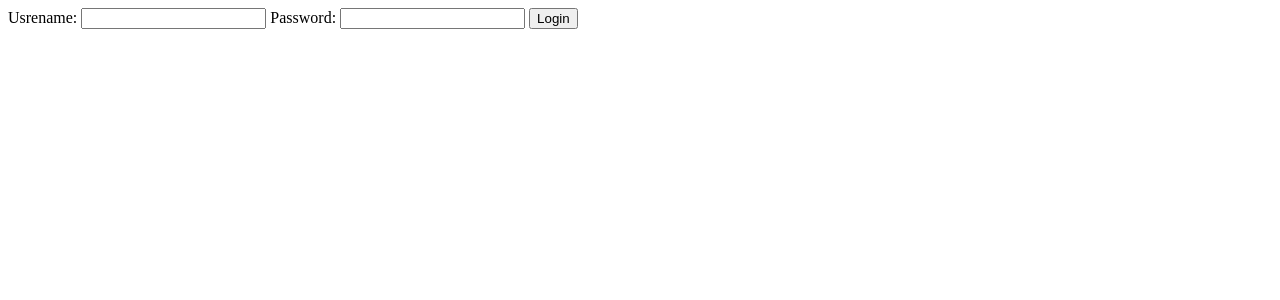
Repository: ThongThien/64132265_Web2
Page: Login/src/main/webapp/login.html
The author's editor kept a copy of each file at every save. The page is drawn from the files as they stood at one save, then again after the next save.
The browser window is 1280 px wide. The pictures show the whole page.

Above is the page before, as saved 2025-02-18 10:30:38.

### Login/src/main/webapp/login.html
<!DOCTYPE html>
<html>
<head>
<meta charset="UTF-8">
<title>Login</title>
</head>
<body>
	<form action="login.jsp" method="post">
	Usrename: <input type = "text" name = "username">
	Password: <input type = "text" name = "password">
	<input type="submit" value="Login">
	</form>
</body>
</html>

After the next save:
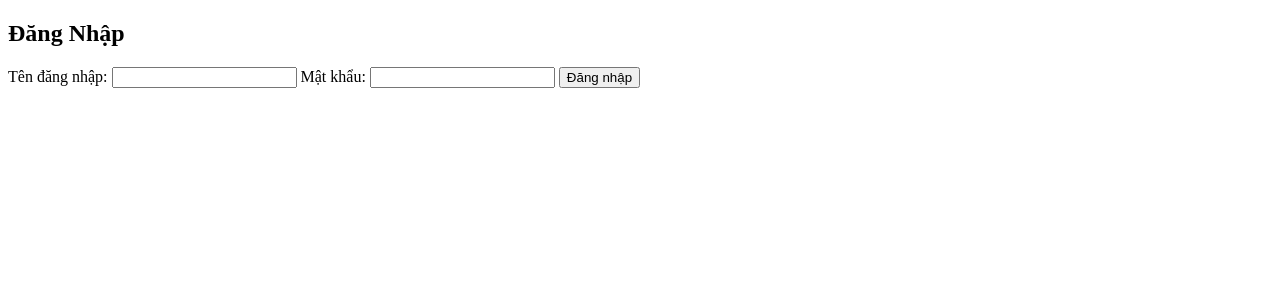
Saved 110 s later.
--- a/Login/src/main/webapp/login.html
+++ b/Login/src/main/webapp/login.html
@@ -5,10 +5,15 @@
 <title>Login</title>
 </head>
 <body>
-	<form action="login.jsp" method="post">
-	Usrename: <input type = "text" name = "username">
-	Password: <input type = "text" name = "password">
-	<input type="submit" value="Login">
-	</form>
+    <div class="login-container">
+        <h2>Đăng Nhập</h2>
+        <form action="login.jsp" method="post">
+            <label for="username">Tên đăng nhập:</label>
+            <input type="text" id="username" name="username" required>
+            <label for="password">Mật khẩu:</label>
+            <input type="password" id="password" name="password" required>
+            <button type="submit">Đăng nhập</button>
+        </form>
+    </div>
 </body>
 </html>
